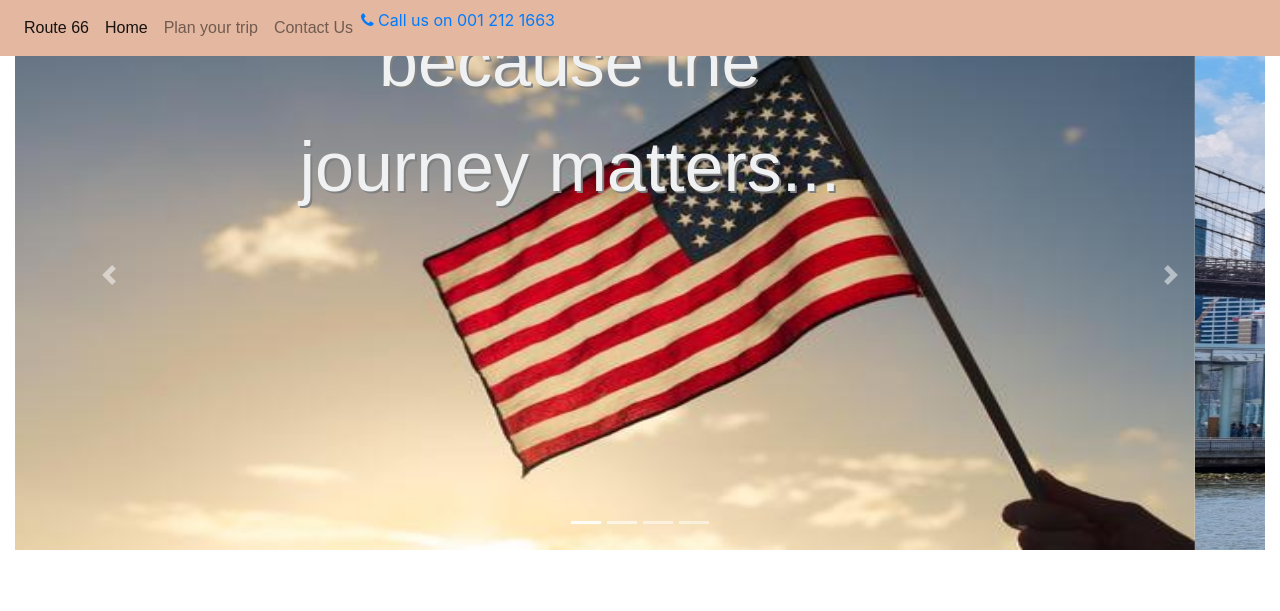
Repository: Code-Institute-Submissions/Javascript-milestone-project-2
Page: index.html
The author's editor kept a record of every edit. The page is drawn from the files as they stood at one moment, then again after the next edit.
The browser window is 1280 px wide. The pictures show the whole page.
Some web fonts or font styles are not loaded; a fallback is used. Some web libraries are served in a nearby version.

Above is the page before.

### index.html
<!DOCTYPE html>
<html lang="en">

<head>
    <meta charset="UTF-8">
    <meta name="viewport" content="width=device-width, initial-scale=1.0">
    <meta http-equiv="X-UA-Compatible" content="ie=edge">
    <link rel="stylesheet" href="https://stackpath.bootstrapcdn.com/bootstrap/4.3.1/css/bootstrap.min.css" type="text/css" />
    <link rel="stylesheet" href="https://cdnjs.cloudflare.com/ajax/libs/hover.css/2.3.1/css/hover-min.css" type="text/css" />
    <link rel="stylesheet" href="https://stackpath.bootstrapcdn.com/font-awesome/4.7.0/css/font-awesome.min.css" type="text/css" />
    <link href="https://fonts.googleapis.com/css?family=Dosis&display=swap" rel="stylesheet">
    <link href="https://fonts.googleapis.com/css?family=Philosopher|Yeon+Sung|ZCOOL+XiaoWei&display=swap" rel="stylesheet">
    <link rel="stylesheet" href="css/style.css" type="text/css" />
    <title>Travel Route 66</title>
</head>

<body>

    <header>
        <nav class="navbar navbar-expand-lg navbar-light">
            <button class="navbar-toggler" type="button" data-toggle="collapse" data-target="#navbarNav" aria-controls="navbarNav" aria-expanded="false" aria-label="Toggle navigation">
    <span class="navbar-toggler-icon"></span>
  </button>
            <div class="collapse navbar-collapse" id="navbarNav">
                <ul class="navbar-nav">
                    <li class="nav-item active">
                        <a class="nav-link" href="#"><span>Route 66</span></a>
                    </li>
                    <li class="nav-item active">
                        <a class="nav-link" href="#"><span>Home</span></a>
                    </li>
                    <li class="nav-item">
                        <a class="nav-link" href="#"><span>Plan your trip</span></a>
                    </li>
                    <li class="nav-item">
                        <a class="nav-link" href="#"><span>Contact Us</span></a>
                    </li>
                    <li class="nav-item">
                        <a class="navlink" href="#"><span><i class="fa fa-phone"></i> Call us on 001 212 1663</span></a>
                    </li>
                </ul>
            </div>
        </nav>
  <div class="container-fluid">
      <div id="myCarousel" class="carousel slide" data-ride="carousel">
          <ul class="carousel-indicators">
              <li data-target="#myCarousel" data-slide-to="0" class="active"></li>
              <li data-target="#myCarousel" data-slide-to="1"></li>
              <li data-target="#myCarousel" data-slide-to="2"></li>
              <li data-target="#myCarousel" data-slide-to="3"></li>
          </ul>
          <div class="carousel-inner">
              <div class="carousel-item active">
                  <img src="images/slide1.jpg" alt="mainimage" width="100%" height="550">
                  <div class="centered">Travel Route 66... because the journey matters...</div>
              </div>
              <div class="carousel-item">
                  <img src="images/slide2.jpg" alt="highway" width="100%" height="550">
              </div>
              <div class="carousel-item">
                  <img src="images/slide3.jpg" alt="sunsetcanyon" width="100%" height="550">
              </div>
              <div class="carousel-item">
                  <img src="images/slide4.jpg" alt="signontheroad" width="100%" height="550">
              </div>
              <a class="carousel-control-prev" href="#myCarousel" data-slide="prev">
      <span class="carousel-control-prev-icon"></span>
    </a>
              <a class="carousel-control-next" href="#myCarousel" data-slide="next">
      <span class="carousel-control-next-icon"></span>
    </a>
          </div>
      </div>
  </div>
  </div>

  </header>


    <script src="https://code.jquery.com/jquery-3.2.1.slim.min.js" integrity="sha384-KJ3o2DKtIkvYIK3UENzmM7KCkRr/rE9/Qpg6aAZGJwFDMVNA/GpGFF93hXpG5KkN" crossorigin="anonymous"></script>
    <script src="https://cdnjs.cloudflare.com/ajax/libs/popper.js/1.12.9/umd/popper.min.js" integrity="sha384-ApNbgh9B+Y1QKtv3Rn7W3mgPxhU9K/ScQsAP7hUibX39j7fakFPskvXusvfa0b4Q" crossorigin="anonymous"></script>
    <script src="https://maxcdn.bootstrapcdn.com/bootstrap/4.0.0/js/bootstrap.min.js" integrity="sha384-JZR6Spejh4U02d8jOt6vLEHfe/JQGiRRSQQxSfFWpi1MquVdAyjUar5+76PVCmYl" crossorigin="anonymous"></script>
</body>

</html>

### css/style.css

/* ---------------------------------------------------home.html */


.homeimage {
    width: 100%;
}

.centered {
  position: absolute;
  top: 40%;
  left: 50%;
  transform: translate(-50%, -100%);
  color: #f0f1f2;
  font-family: 'Poppins', sans-serif;
  font-size: 70px;
  background: rgba(0, 0, 0, 0);
  text-shadow: 2px 2px grey;
  text-align: center;

}

.centered2 {
   position: absolute;
  top: 60%;
  left: 50%;
  transform: translate(-50%, -100%);
  color: #f0f1f2;
  font-family: 'Poppins', sans-serif;
  font-size: 40px;
  background: rgba(0, 0, 0, 0);
  text-shadow: 2px 2px grey;
  text-align: center;
}

#homebutton {
    background-color: #FF7F50;
    text-align: center;
    margin-right: 40px;
    font-size: 20px;
    margin-top: 20px;
    border-radius: 30px;
}


/* ---------------------------------------------------navbar */


.navbar {
    margin: 0;
    border: 0;
    background-color: #e3b7a0;
    color: #003366;
    position: fixed;
    z-index: 10;
    width: 100%;

}

.nav-link {
     font-family: 'Poppins', sans-serif;
      color: #003366;
}



/* ---------------------------------------------------Image Carousel */


.carousel-inner img {
     width: 100%;
  }



  #myCarousel {

      margin: 0;

      padding: 0;

  }



  .carousel-item {

      position: relative;

      margin-right: -100%;

      width: 100%;

  }



  .carousel-caption {

     text-align: center;

     color: #FFc107;

     font-weight: 700;

     padding-bottom: 100px;

     margin-bottom: 30px;



  }






/* ---------------------------------------------------Title across image carousel */









/* ---------------------------------------------------About Travel Route 66 section */








/* ---------------------------------------------------image cards that fade to text and paragraph of text below */









/* ---------------------------------------------------Reviews */










/* ---------------------------------------------------radio buttons and selections */










/* ---------------------------------------------------Google Map */







/* ---------------------------------------------------cards with package deals */








/* ---------------------------------------------------Footer */

After the next edit:
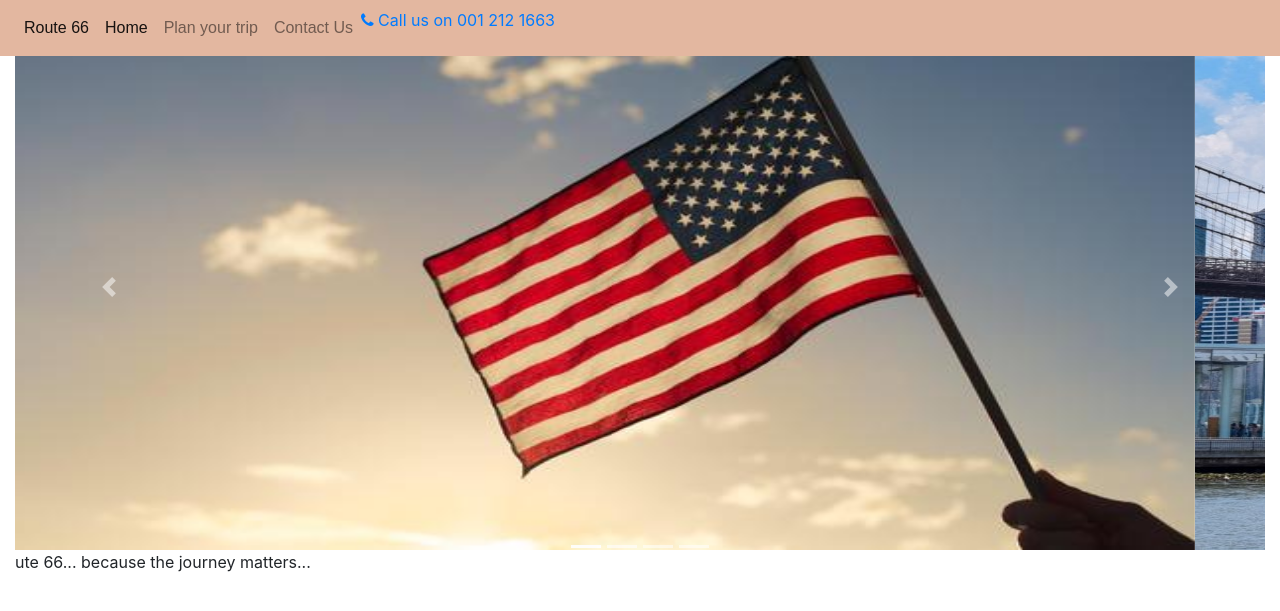
The edit:
--- a/index.html
+++ b/index.html
@@ -52,7 +52,7 @@
           <div class="carousel-inner">
               <div class="carousel-item active">
                   <img src="images/slide1.jpg" alt="mainimage" width="100%" height="550">
-                  <div class="centered">Travel Route 66... because the journey matters...</div>
+                  <div class="title">Travel Route 66... because the journey matters...</div>
               </div>
               <div class="carousel-item">
                   <img src="images/slide2.jpg" alt="highway" width="100%" height="550">
